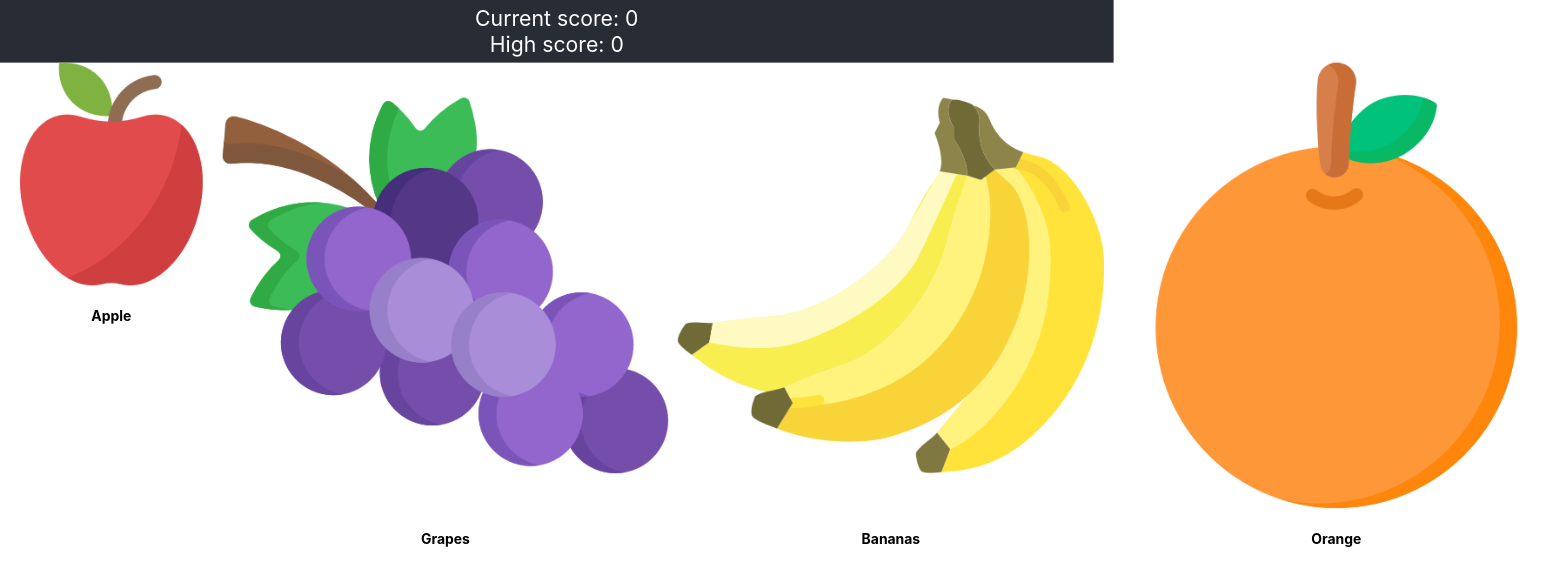
Repository: chin9/MemoryCard
Page: /
These files come from the project's save history. The page is drawn as it stood at one moment and after the next save; the edit follows.
The browser window is 1280 px wide. The page is 1792 px wide, then 1280 px, so the pictures cover 1792 px, including what lies to the right of the window. The pictures show the whole page, at 87% of full size.
The project was rebuilt for these pictures with package versions that can differ from the ones it lists, and the page was loaded fresh each time.

Above is the page before, as saved 2021-07-08 12:09:08.

After the next save:
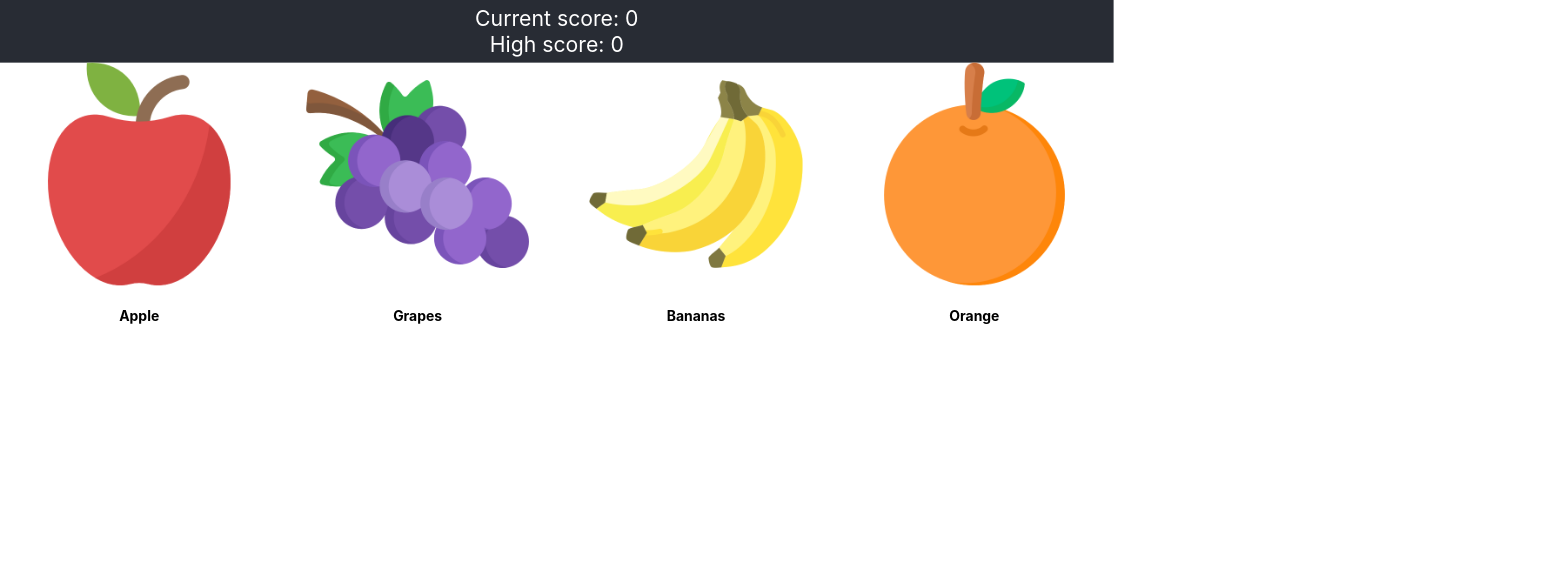
Saved 16 s later.
--- a/src/components/Cards.js
+++ b/src/components/Cards.js
@@ -13,15 +13,15 @@ const Cards = () => {
             <h4>Apple</h4>
         </div>
         <div>
-            <img src={grapes} alt='grapes'></img>
+            <img src={grapes} alt='grapes' className='fruit'></img>
             <h4>Grapes</h4>
         </div>
         <div>
-            <img src={bananas} alt='bananas'></img>
+            <img src={bananas} alt='bananas' className='fruit'></img>
             <h4>Bananas</h4>
         </div>
         <div>
-            <img src={orange} alt='orange'></img>
+            <img src={orange} alt='orange' className='fruit'></img>
             <h4>Orange</h4>
         </div>
     </div>
